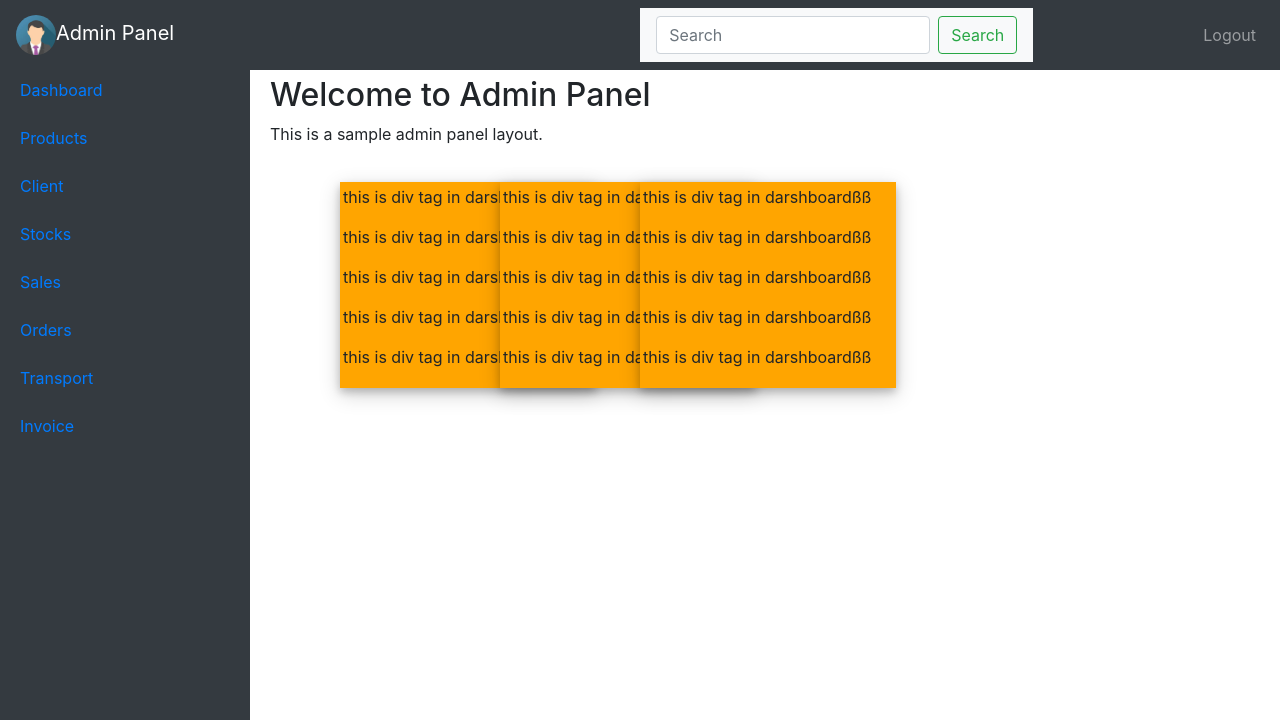
Repository: AmrutaAware/CodingQueens
Page: workspaceBilling/BillingSystem/src/main/webapp/home.html
An editor plug-in stored every save of this project. The page is shown before and after the next save, followed by the edit.
The browser window is 1280 px wide. The pictures show the whole page.
Some web libraries are served in a nearby version.

Above is the page before, as saved 2024-03-14 11:20:31.

After the next save:
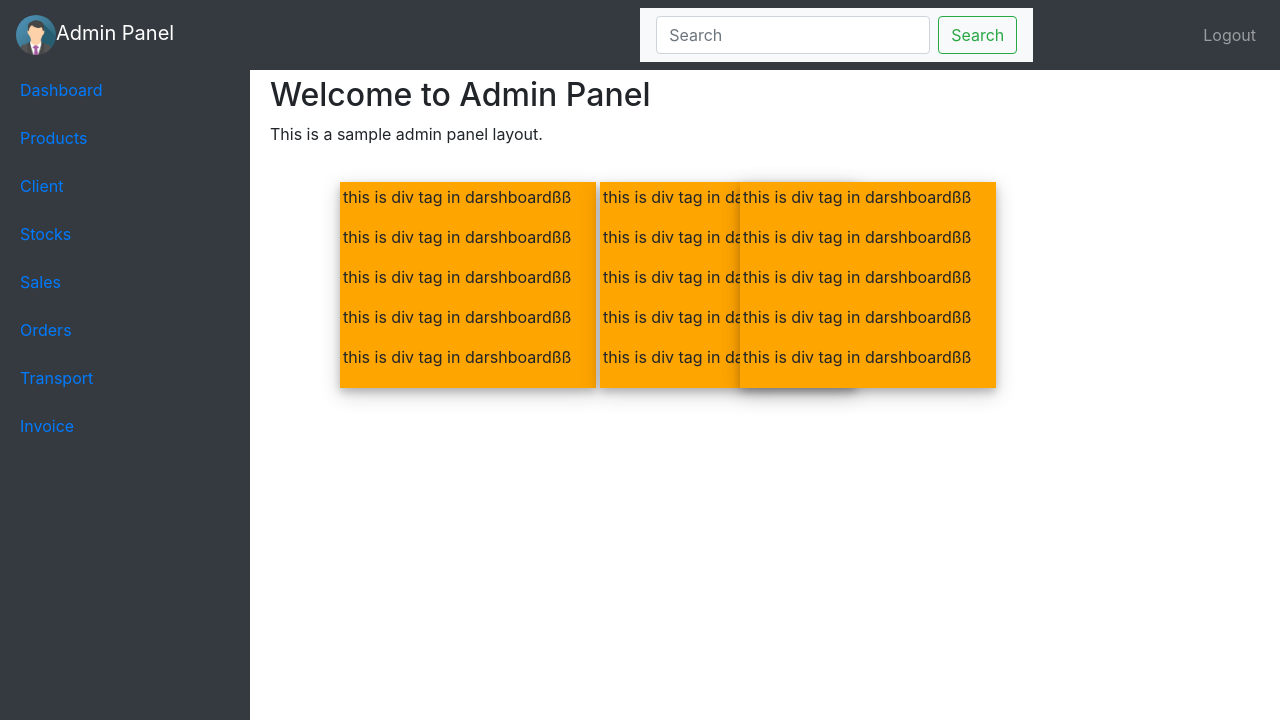
Saved 20 s later.
--- a/workspaceBilling/BillingSystem/src/main/webapp/home.html
+++ b/workspaceBilling/BillingSystem/src/main/webapp/home.html
@@ -53,7 +53,7 @@
     width:20%;
     /* height:30%; */
     position:absolute;
-    left:500px;
+    left:600px;
     background:orange;
     border: 3px solid orange;
   box-shadow: 0 4px 8px 0 rgba(0, 0, 0, 0.2), 0 6px 20px 0 rgba(0, 0, 0, 0.19);
@@ -65,7 +65,7 @@
     width:20%;
     /* height:30%; */
     position:absolute;
-    left:640px;
+    left:740px;
     background:orange;
     border: 3px solid orange;
   box-shadow: 0 4px 8px 0 rgba(0, 0, 0, 0.2), 0 6px 20px 0 rgba(0, 0, 0, 0.19);
